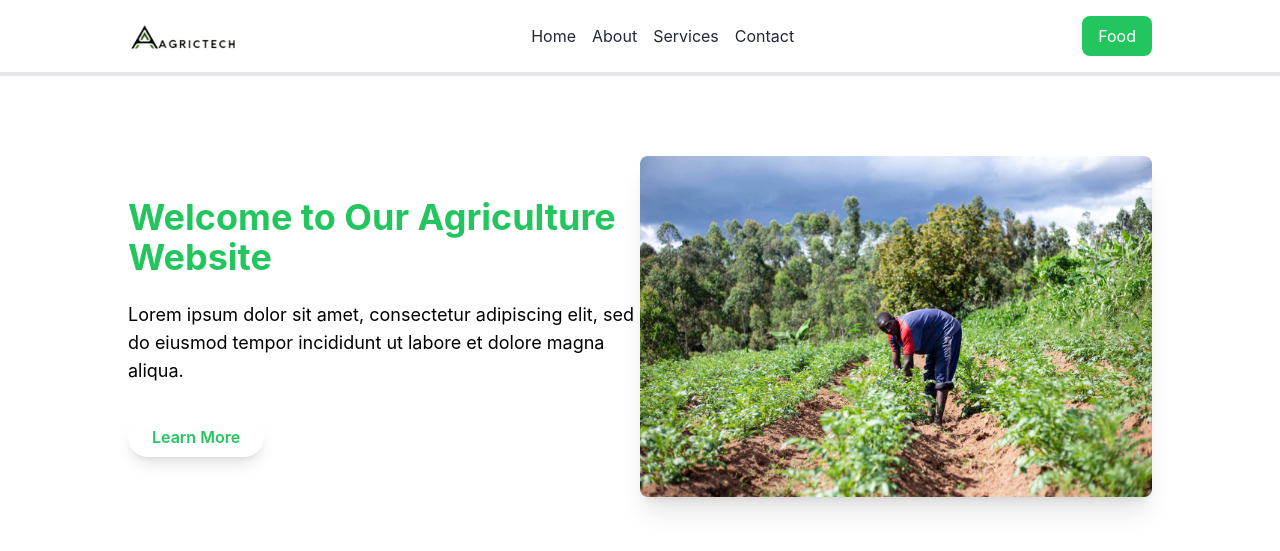
Repository: akinolapo/agric-tech
Page: /
An editor plug-in stored every save of this project. The page is shown before and after the next save, followed by the edit.
The browser window is 1280 px wide. The pictures show the whole page.
The project was rebuilt for these pictures with package versions that can differ from the ones it lists, and the page was loaded fresh each time.

Above is the page before, as saved 2023-05-27 00:11:02.

After the next save:
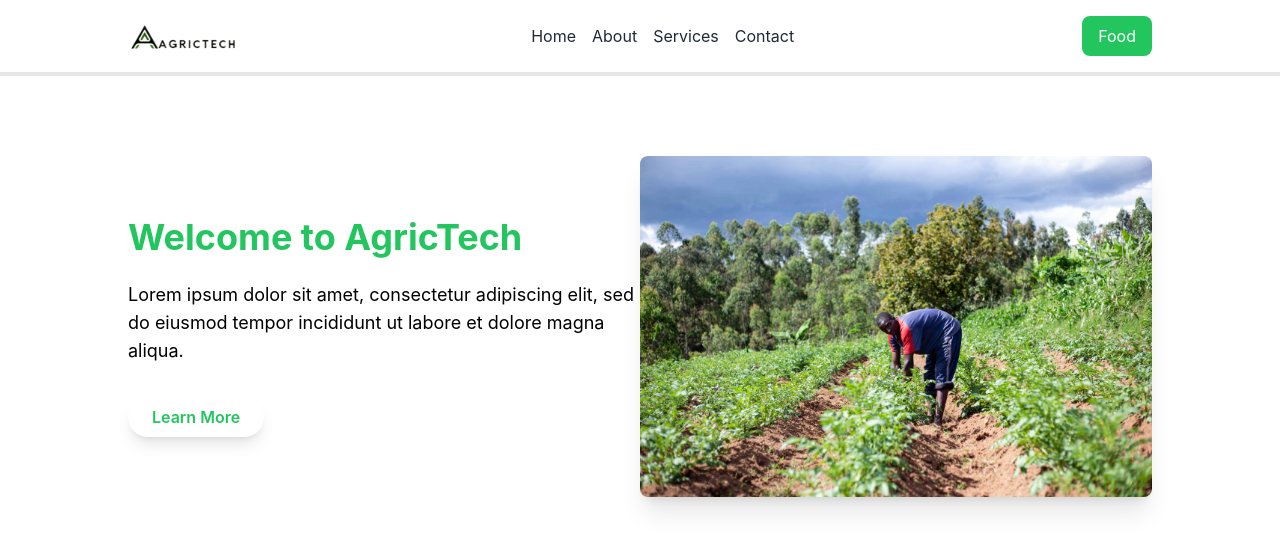
Saved 29 s later.
--- a/src/components/Hero.jsx
+++ b/src/components/Hero.jsx
@@ -5,7 +5,7 @@ const Hero = () => {
     <section className="bg-white text-black py-20 px-5 sm:px-32">
       <div className="container mx-auto flex flex-col lg:flex-row items-center">
         <div className="lg:w-1/2">
-          <h1 className="text-4xl font-bold mb-6 text-green-500">Welcome to Our Agriculture Website</h1>
+          <h1 className="text-4xl font-bold mb-6 text-green-500">Welcome to AgricTech</h1>
           <p className="text-lg mb-8">Lorem ipsum dolor sit amet, consectetur adipiscing elit, sed do eiusmod tempor incididunt ut labore et dolore magna aliqua.</p>
           <button className="bg-white text-green-500 py-2 px-6 rounded-full font-semibold shadow-lg hover:shadow-xl transition duration-300">Learn More</button>
         </div>
